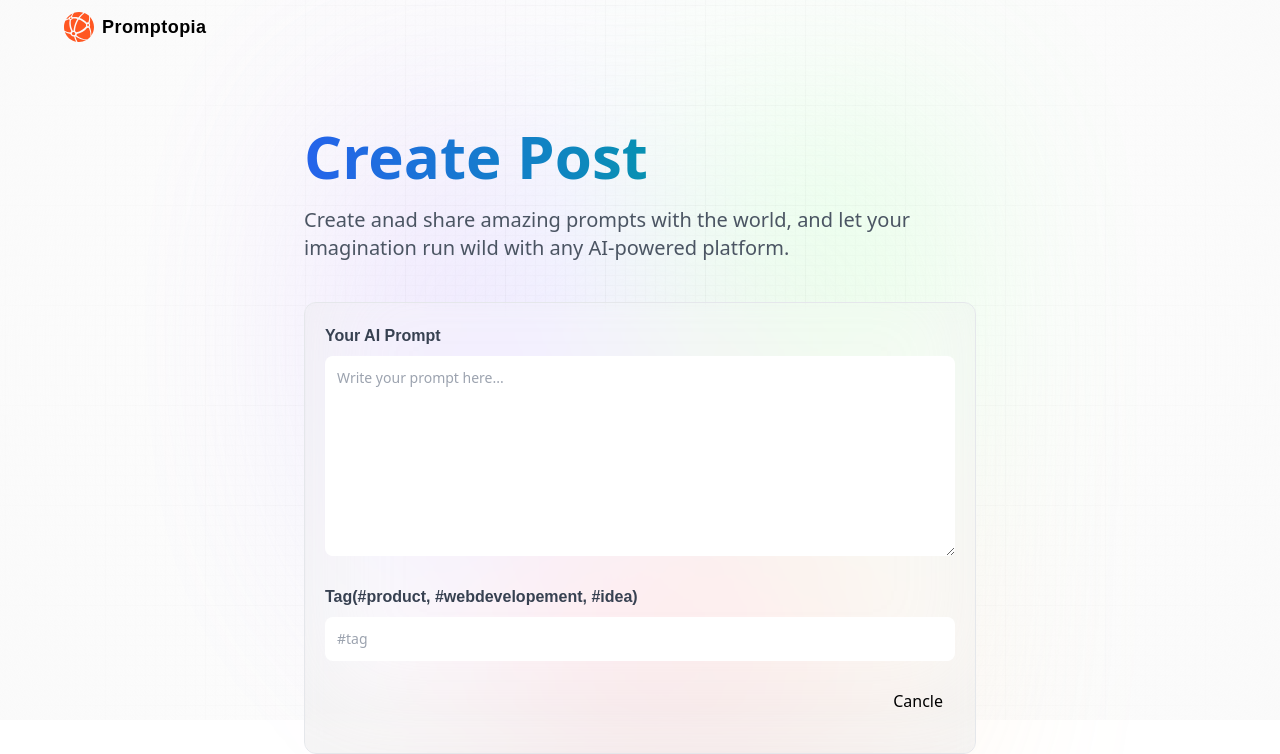
Repository: shraddesh123/promptAI
Page: /create-prompt
These files come from the project's save history. The page is drawn as it stood at one moment and after the next save; the edit follows.
The browser window is 1280 px wide. The pictures show the whole page.
The page's requests for data from a server got no answer. The project was rebuilt for these pictures with package versions that can differ from the ones it lists, and the page was loaded fresh each time. The framework's server and built-in components were replaced by stand-ins that run in the browser. No one was signed in, and anything a server would have sent is missing. Also part of the build but not shown: next.config.mjs.

Above is the page before, as saved 2024-08-02 18:49:01.

After the next save:
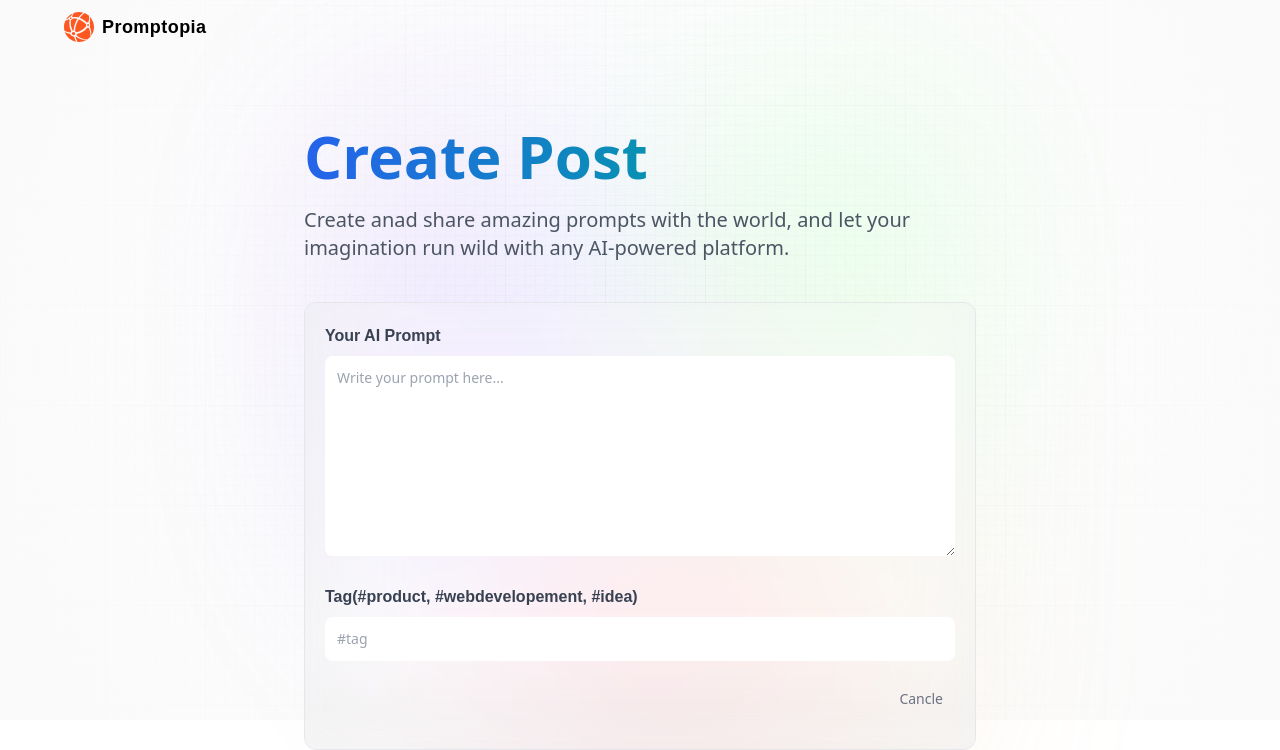
Saved 9 s later.
--- a/components/Form.jsx
+++ b/components/Form.jsx
@@ -33,7 +33,7 @@ const Form = ({ type, post, setPost, Submitting, handleSubmit }) => {
           </input>
         </label>
         <div className="flex-end mx-3 mb-5 gap-4">
-        <Link href="/" className="">
+        <Link href="/" className="text-gray-500 text-sm">
          Cancle
         </Link>
         </div>
